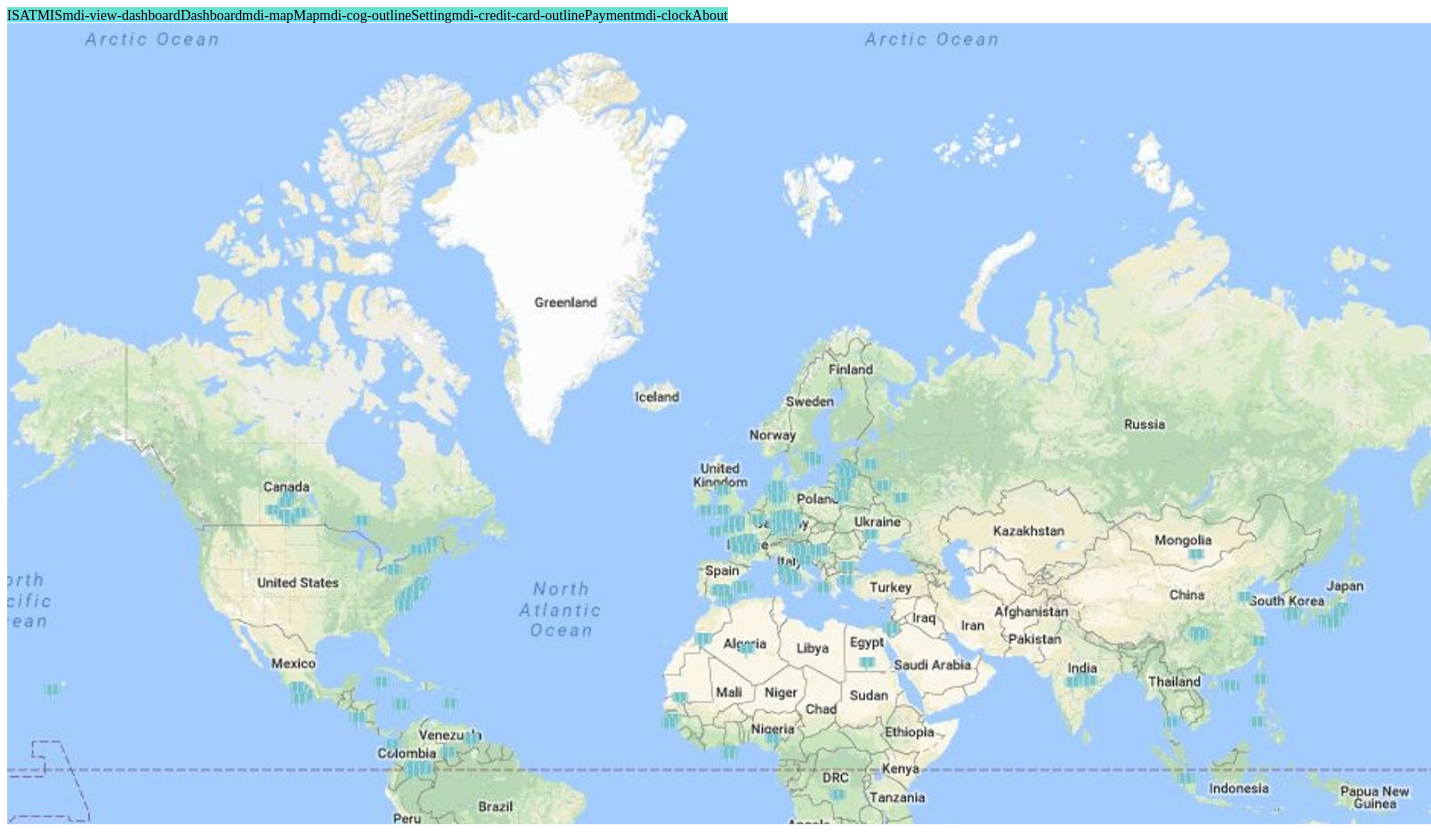
Repository: umarrg/isatmis
Page: /map
These files come from the project's save history. The page is drawn as it stood at one moment and after a run of saves; the edit follows.
The browser window is 1280 px wide. The page is 1608 px wide, so the pictures cover 1608 px, including what lies to the right of the window. The pictures show the whole page, at 89% of full size.
The project was rebuilt for these pictures with package versions that can differ from the ones it lists, and the page was loaded fresh each time. Also part of the build but not shown: vue.config.js, src/views/Home.vue. Imported but missing from the stored project, and not drawn on this page: src/plugins/vuetify, src/views/about.vue, src/views/setting.vue.

Above is the page before, as saved 2021-01-26 07:39:02.

### public/index.html
<!DOCTYPE html>
<html lang="en">
  <head>
    <meta charset="utf-8">
    <meta http-equiv="X-UA-Compatible" content="IE=edge">
    <meta name="viewport" content="width=device-width,initial-scale=1.0">
    <link rel="icon" href="<%= BASE_URL %>favicon.ico">
    <title><%= htmlWebpackPlugin.options.title %></title>
    <link rel="stylesheet" href="https://fonts.googleapis.com/css?family=Roboto:100,300,400,500,700,900">
    <link rel="stylesheet" href="https://cdn.jsdelivr.net/npm/@mdi/font@latest/css/materialdesignicons.min.css">

  </head>
  <body>
    <noscript>
      <strong>We're sorry but <%= htmlWebpackPlugin.options.title %> doesn't work properly without JavaScript enabled. Please enable it to continue.</strong>
    </noscript>
    <div id="app"></div>
    <!-- built files will be auto injected -->
  </body>
</html>

### src/main.js
import Vue from 'vue'
import App from './App.vue'
import router from './router'
import vuetify from './plugins/vuetify';

Vue.config.productionTip = false,


new Vue({
  router,
  vuetify,
  render: h => h(App)
}).$mount('#app')

### src/App.vue
<template>
  <v-app>
    <navbar v-if="$route.meta.showHeader == true"/>
    <v-main>
      <router-view></router-view>
    </v-main>
  </v-app>
</template>

<script>
import navbar from '../src/components/Navbar'
export default {
  name: 'App',

  components: {
   navbar
  },

  data: () => ({
    //
  }),
};
</script>

### src/router/index.js
import Vue from 'vue'
import VueRouter from 'vue-router'
import Home from '../views/Home.vue'

Vue.use(VueRouter)

const routes = [
  {
    path: '/home',
    name: 'Home',
    component: Home,
    meta: {
      showHeader: true,
    },
  },
  {
    path: '/map',
    name: 'Map',

    meta: {
      showHeader: true,
    },
    // route level code-splitting
    // this generates a separate chunk (about.[hash].js) for this route
    // which is lazy-loaded when the route is visited.
    component: () => import(/* webpackChunkName: "about" */ '../views/map.vue')
  },
  {
    path: '/',
    name: 'Signin',

    meta: {
      showHeader: false,
    },
    // route level code-splitting
    // this generates a separate chunk (about.[hash].js) for this route
    // which is lazy-loaded when the route is visited.
    component: () => import(/* webpackChunkName: "about" */ '../views/signin.vue')
  },

  {
    path: '/about',
    name: 'About',

    meta: {
      showHeader: true,
    },
    // route level code-splitting
    // this generates a separate chunk (about.[hash].js) for this route
    // which is lazy-loaded when the route is visited.
    component: () => import(/* webpackChunkName: "about" */ '../views/about.vue')
  },


  {
    path: '/payment',
    name: 'Payment',

    meta: {
      showHeader: true,
    },
    // route level code-splitting
    // this generates a separate chunk (about.[hash].js) for this route
    // which is lazy-loaded when the route is visited.
    component: () => import(/* webpackChunkName: "about" */ '../views/payment.vue')
  },
  {
    path: '/setting',
    name: 'Setting',

    meta: {
      showHeader: true,
    },
    // route level code-splitting
    // this generates a separate chunk (about.[hash].js) for this route
    // which is lazy-loaded when the route is visited.
    component: () => import(/* webpackChunkName: "about" */ '../views/setting.vue')
  },


]

const router = new VueRouter({
  mode: 'history',
  base: process.env.BASE_URL,
  routes
})

export default router

### src/components/Navbar.vue
<template>
  <nav>
    <!-- <v-app-bar app flat color="white">
      <v-app-bar-nav-icon
        tile
        dark
        small
        @click="drawer = !drawer"
        class="black--text "
      ></v-app-bar-nav-icon>
      <v-spacer></v-spacer>
      <div>
        <v-menu offset-y>
          <template v-slot:activator="{ on, attrs }">
            <v-btn icon small class="mr-2" v-on="on" v-bind="attrs">
              <v-icon color="black">mdi-cog-outline</v-icon>
            </v-btn>
          </template>
        </v-menu>

        <v-btn to="/profile" v-rounded icon>
          <v-list-item-avatar color="black" class="ml-4">
            <v-img
              src="../assets/bi.png"
              size="30"
            ></v-img>
          </v-list-item-avatar>
        </v-btn> background: linear-gradient(
    to right bottom,
    rgba(255, 255, 255, 0.8),
    rgba(255, 255, 255, 0.3)
  );
      </div>
    </v-app-bar> -->
    <v-navigation-drawer v-model="drawer"  app overlay-opacity=""  fixed clipped  style="background: linear-gradient( #65dfc9, #6cdbeb)" >
      <v-layout column align-center>
        <v-flex class="mt-7 mb-8">
          <span class="text-h4 white--text font-weight-light">
            <span class="blue--text font-weight-black">I</span>
            <span class="blue--text font-weight-black">S</span>
            <span class="blue--text font-weight-black">A</span>
            <span class="blue--text font-weight-black">T</span>
            <span class="blue--text font-weight-black">M</span>
            <span class="blue--text font-weight-black">I</span>
            <span class="blue--text font-weight-black">S</span>
          </span>
        </v-flex>
      </v-layout>

      <v-list dense nav>
        <v-list-item
         class=""
          active-class=" blue--text border"
          v-for="link in links"
          :key="link.icon"
          :to="link.route"
        >
          <v-list-item-action>
            <v-icon>{{ link.icon }}</v-icon>
          </v-list-item-action>
          <v-list-item-content>
            <v-list-item-title class="font-weight-light">{{
              link.text
            }}</v-list-item-title>
          </v-list-item-content>
        </v-list-item>
      </v-list>

    </v-navigation-drawer>
  </nav>
</template>

<script>
export default {
  data: () => ({
    drawer: true,
    links: [
      { icon: "mdi-view-dashboard", text: "Dashboard", route: "/home" },
      { icon: "mdi-map", text: "Map", route: "/map" },
      {
        icon: "mdi-cog-outline",
        text: "Setting",
        route: "/setting",
      },

      { icon: "mdi-credit-card-outline", text: "Payment", route: "/payment" },
      { icon: "mdi-clock", text: "About", route: "/about" },
    ],

    offset: true,
  }),

};
</script>

<style>
.border {
  border-bottom: 4px solid #00b0f0
}
.custom__card{
    color: linear-gradient(to right top, #65dfc9, #6cdbeb);

}

</style>

### src/views/map.vue
<template>
  <v-app>
    <v-container>
      <v-responsive>
        <img src="../assets/maps.jpeg" alt="" />
      </v-responsive>
    </v-container>
  </v-app>
</template>

After the next 3 saves:
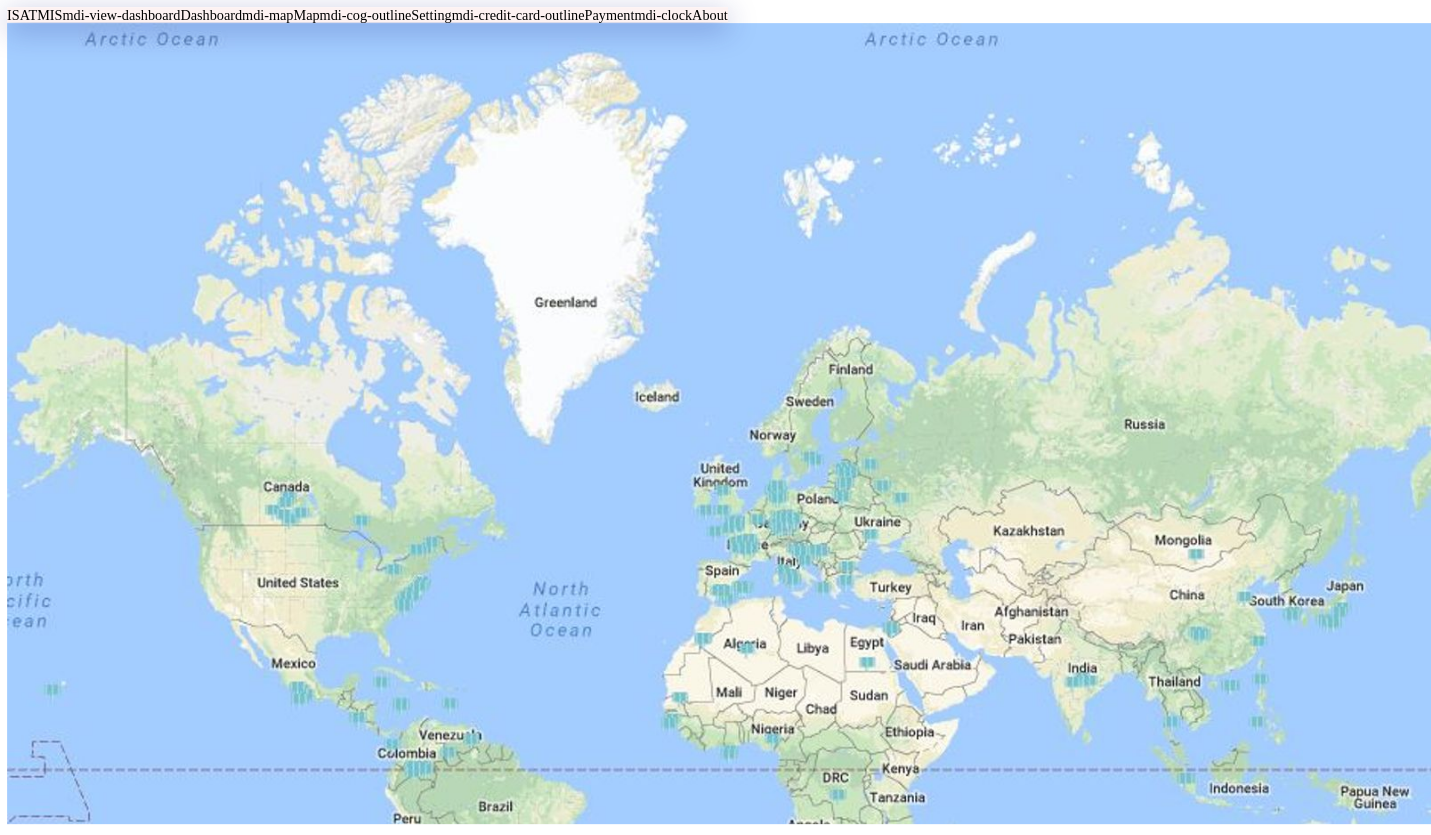
The 3 saves are shown as one change because they came seconds apart.
The last was saved 105 s later.
--- a/src/components/Navbar.vue
+++ b/src/components/Navbar.vue
@@ -32,7 +32,17 @@
   );
       </div>
     </v-app-bar> -->
-    <v-navigation-drawer v-model="drawer"  app overlay-opacity=""  fixed clipped  style="background: linear-gradient( #65dfc9, #6cdbeb)" >
+    <v-navigation-drawer
+      v-model="drawer"
+      app
+      overlay-opacity=""
+      fixed
+      clipped
+      style="background: rgba(209, 0, 0, 0.05);
+  box-shadow: 0 8px 32px 0 rgba(31, 38, 135, 0.37);
+  backdrop-filter: blur(16px);
+  -webkit-backdrop-filter: blur(16px);"
+    >
       <v-layout column align-center>
         <v-flex class="mt-7 mb-8">
           <span class="text-h4 white--text font-weight-light">
@@ -49,7 +59,7 @@
 
       <v-list dense nav>
         <v-list-item
-         class=""
+          class=""
           active-class=" blue--text border"
           v-for="link in links"
           :key="link.icon"
@@ -65,7 +75,6 @@
           </v-list-item-content>
         </v-list-item>
       </v-list>
-
     </v-navigation-drawer>
   </nav>
 </template>
@@ -89,17 +98,14 @@ export default {
 
     offset: true,
   }),
-
 };
 </script>
 
 <style>
 .border {
-  border-bottom: 4px solid #00b0f0
+  border-bottom: 4px solid #00b0f0;
 }
-.custom__card{
-    color: linear-gradient(to right top, #65dfc9, #6cdbeb);
-
+.custom__card {
+  color: linear-gradient(to right top, #65dfc9, #6cdbeb);
 }
-
 </style>
